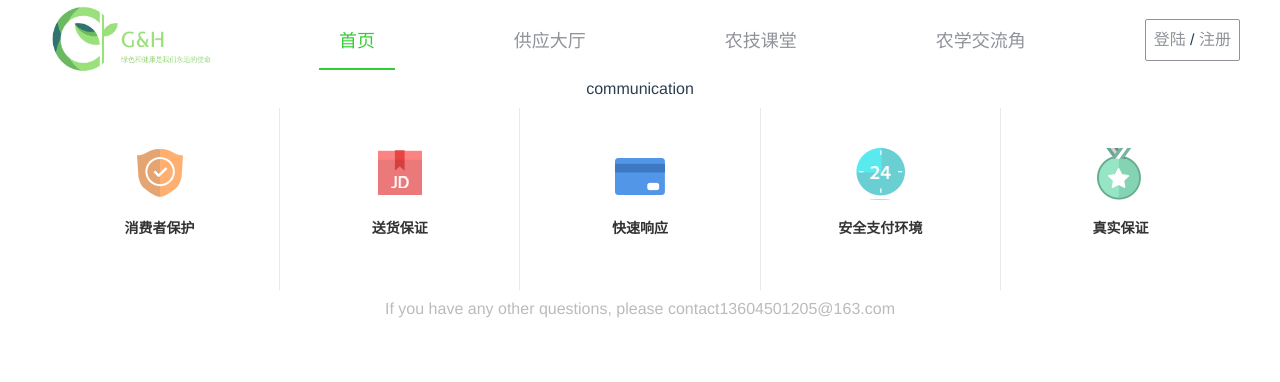
Repository: Miraitowa007/neau
Page: /communication
An editor plug-in stored every save of this project. The page is shown before and after the next save, followed by the edit.
The browser window is 1280 px wide. The pictures show the whole page.
The project was rebuilt for these pictures with package versions that can differ from the ones it lists, and the page was loaded fresh each time. Also part of the build but not shown: vue.config.js, src/views/home/index.vue, src/views/login/index.vue, src/views/sale/index.vue, src/views/class/index.vue.

Above is the page before, as saved 2021-04-30 10:43:57.

After the next save:
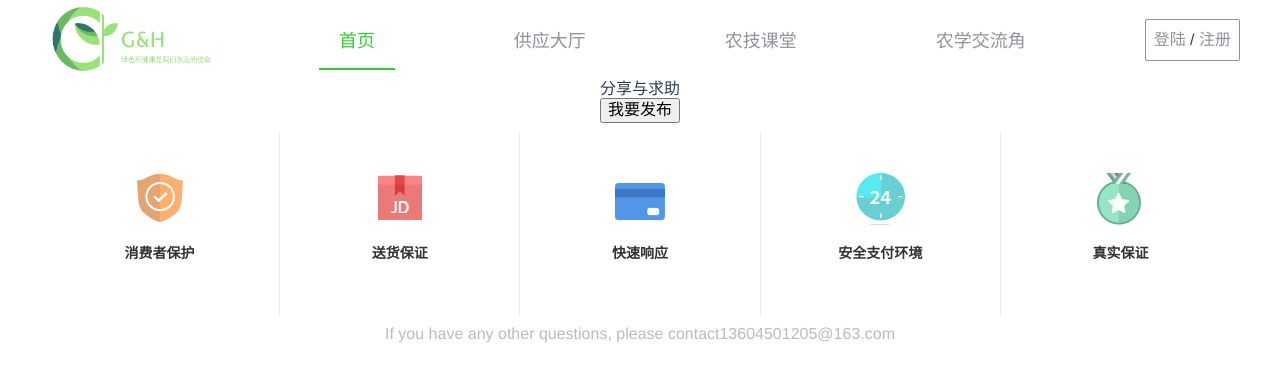
Saved 18 min 21 s later.
--- a/src/views/communication/index.vue
+++ b/src/views/communication/index.vue
@@ -1,5 +1,24 @@
 <template>
-    <div>
-        communication
+    <div class="communication">
+        <header class="header">
+            <div class="share">分享与求助</div>
+            <button class="publish">我要发布</button>
+        </header>
     </div>
 </template>
+
+<script>
+export default {
+
+}
+</script>
+
+<style lang="scss" scoped>
+.communication{
+    .header{
+        .share{
+
+        }
+    }
+}
+</style>
